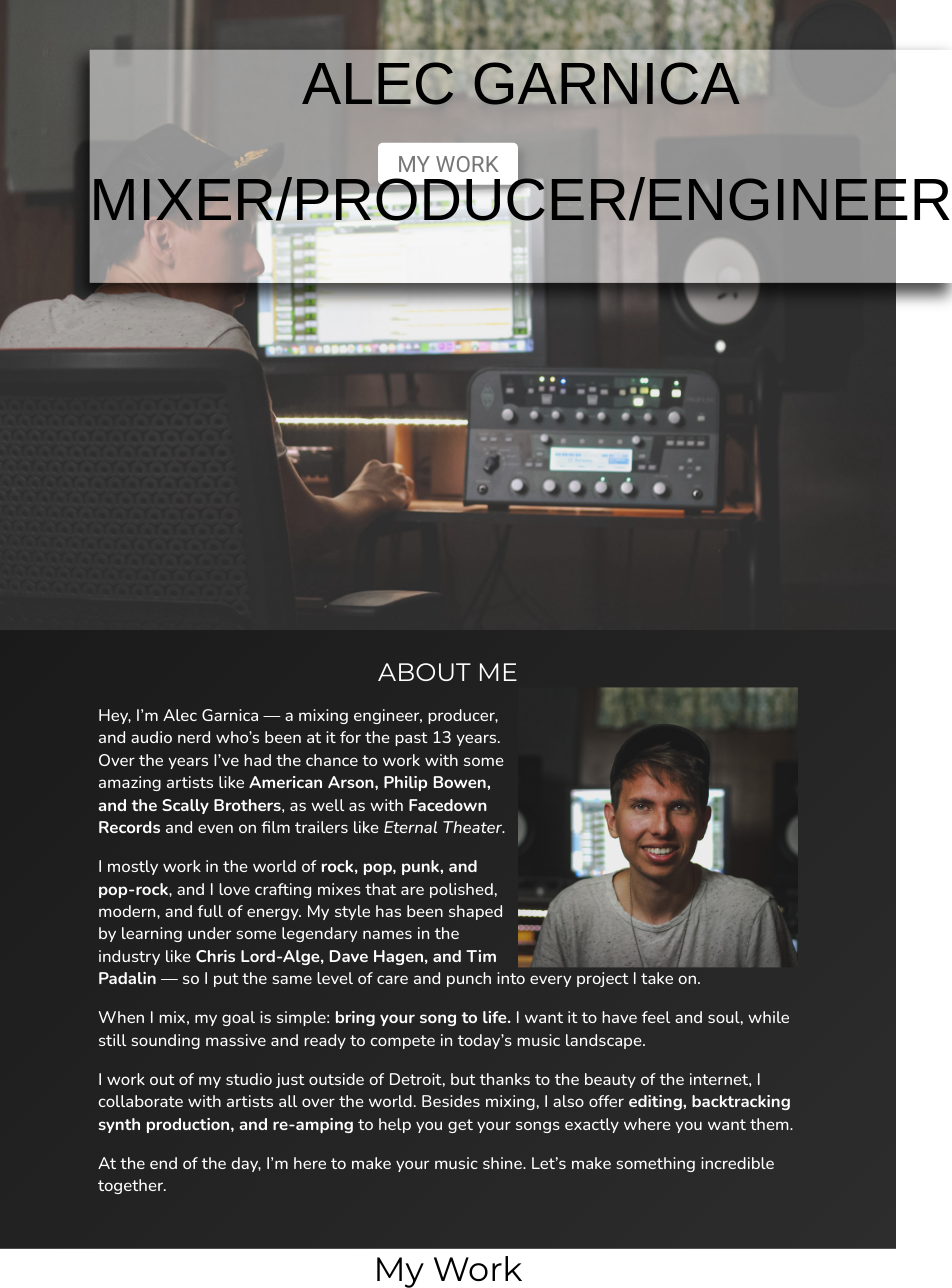
Repository: Aworminator/mixing-portfolio
Page: index.html
These files come from the project's save history. The page is drawn as it stood at one moment and after the next save; the edit follows.
The browser window is 1280 px wide. The page is 1360 px wide, so the pictures cover 1360 px, including what lies to the right of the window. The pictures show the part of the page from y = 0 to 1840 px (the page is 6733 px tall), at 70% of full size.
Some web fonts or font styles are not loaded; a fallback is used.

Above is the page before, as saved 2025-09-02 15:04:08.
Console error: ReferenceError: emailjs is not defined

After the next save:
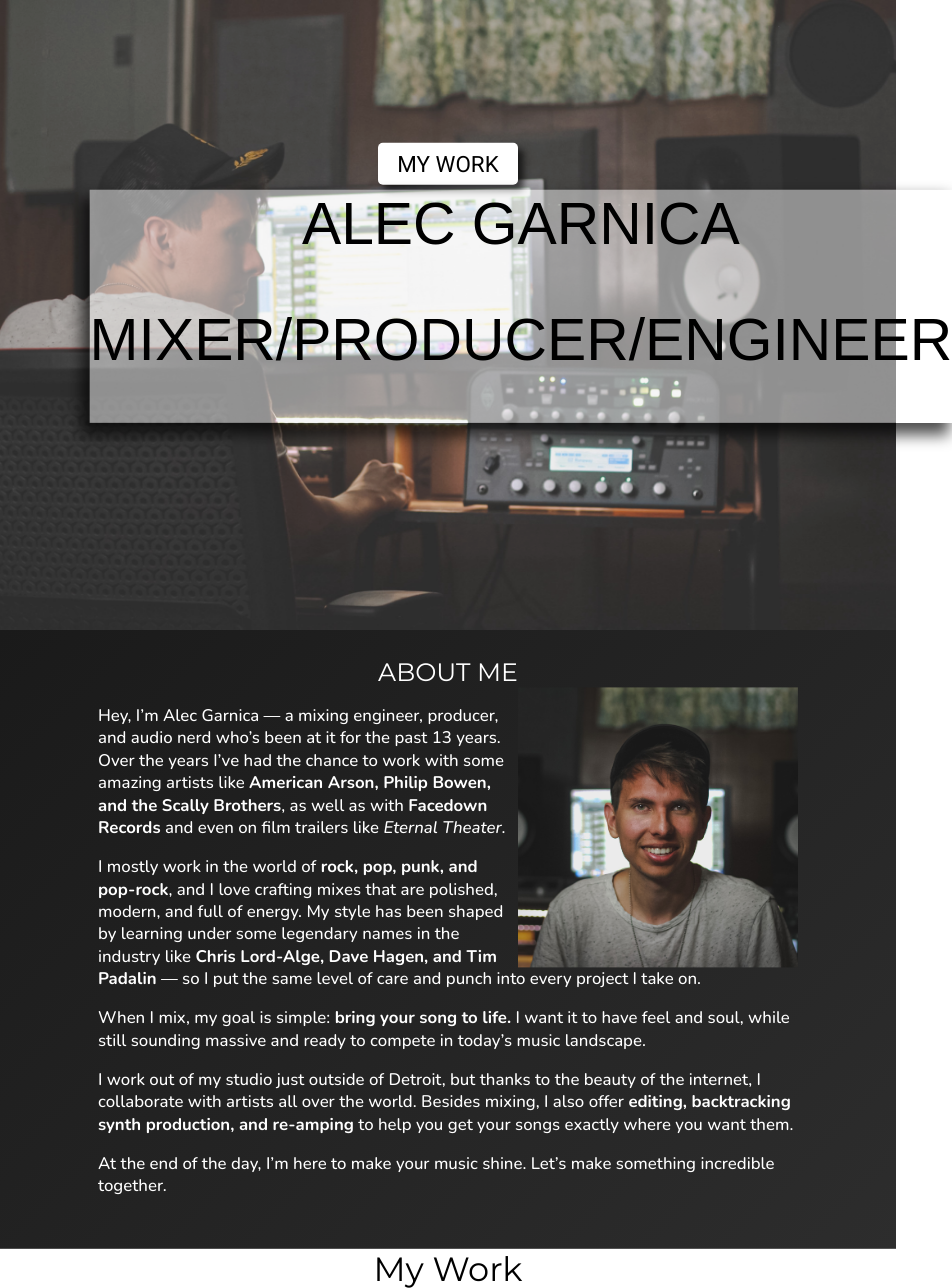
Saved 13 s later.
--- a/styles.css
+++ b/styles.css
@@ -53,7 +53,7 @@ h3 {
 
 .overlay {
   position: absolute;
-  bottom: 500px;
+  bottom: 300px;
   left: 10%;
   z-index: 1;
   font-size: 3.5em;
